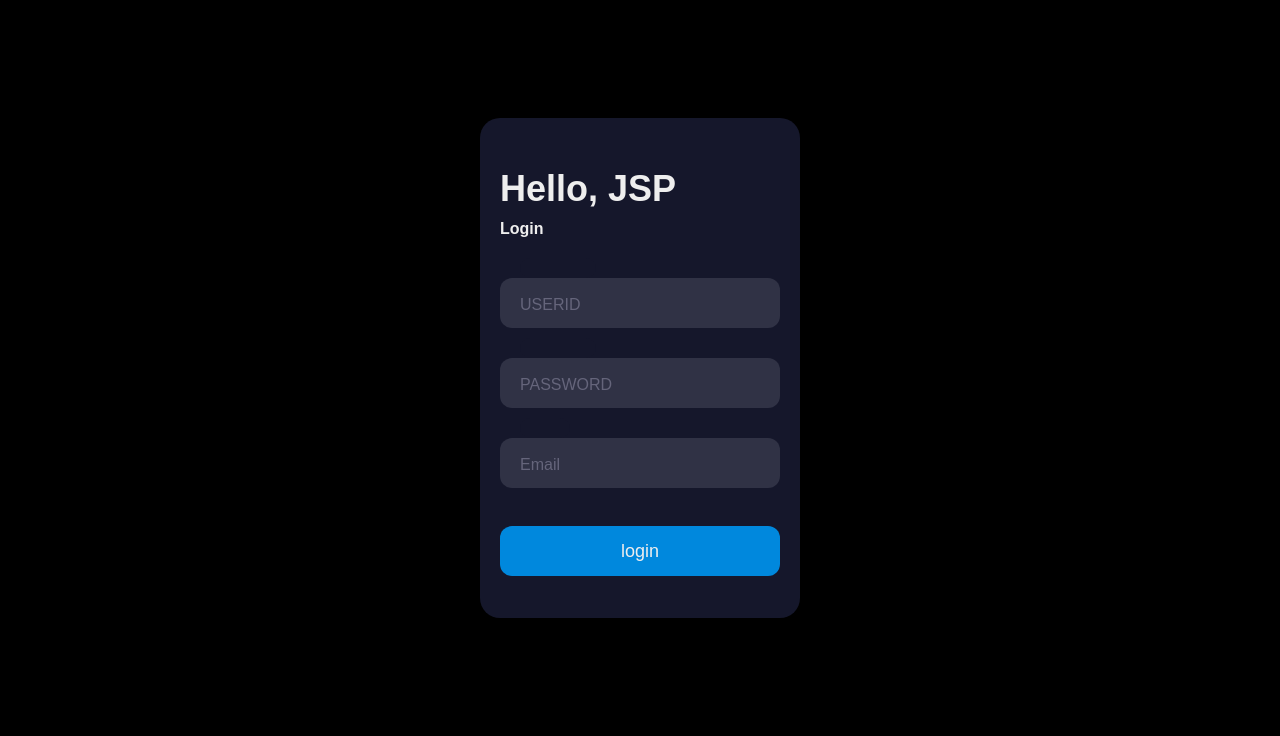
Repository: uhhuhhmm/JSP-Servlet-Class
Page: http://localhost/web03/form304.jsp
The author's editor kept a copy of each file at every save. The page is drawn from the files as they stood at one save, then again after the next save.
The browser window is 1280 px wide. The pictures show the whole page.
The page is served by Tomcat 9. Other server files are loaded and not shown.

Above is the page before, as saved 2022-07-15 02:05:18.

### web03/WebContent/form304.jsp
<%@ page language="java" contentType="text/html; charset=UTF-8"
    pageEncoding="UTF-8"%>
    <%
	request.setCharacterEncoding("UTF-8");
%>
<jsp:useBean id="member" class="com.j.javabeans.MemberBean"></jsp:useBean>
<jsp:setProperty property="*" name="member"/>
<!DOCTYPE html>
<html>
<head>
<meta charset="UTF-8">
<title>Login</title>
<style type="text/css">
body {
  align-items: center;
  background-color: #000;
  display: flex;
  justify-content: center;
  height: 100vh;
}

.form {
  background-color: #15172b;
  border-radius: 20px;
  box-sizing: border-box;
  height: 500px;
  padding: 20px;
  width: 320px;
}

.title {
  color: #eee;
  font-family: sans-serif;
  font-size: 36px;
  font-weight: 600;
  margin-top: 30px;
}

.subtitle {
  color: #eee;
  font-family: sans-serif;
  font-size: 16px;
  font-weight: 600;
  margin-top: 10px;
}

.input-container {
  height: 50px;
  position: relative;
  width: 100%;
}

.ic1 {
  margin-top: 40px;
}

.ic2 {
  margin-top: 30px;
}

.input {
  background-color: #303245;
  border-radius: 12px;
  border: 0;
  box-sizing: border-box;
  color: #eee;
  font-size: 18px;
  height: 100%;
  outline: 0;
  padding: 4px 20px 0;
  width: 100%;
}

.cut {
  background-color: #15172b;
  border-radius: 10px;
  height: 20px;
  left: 20px;
  position: absolute;
  top: -20px;
  transform: translateY(0);
  transition: transform 200ms;
  width: 76px;
}

.cut-short {
  width: 50px;
}

.input:focus ~ .cut,
.input:not(:placeholder-shown) ~ .cut {
  transform: translateY(8px);
}

.placeholder {
  color: #65657b;
  font-family: sans-serif;
  left: 20px;
  line-height: 14px;
  pointer-events: none;
  position: absolute;
  transform-origin: 0 50%;
  transition: transform 200ms, color 200ms;
  top: 20px;
}

.input:focus ~ .placeholder,
.input:not(:placeholder-shown) ~ .placeholder {
  transform: translateY(-30px) translateX(6px) scale(0.75);
}

.input:not(:placeholder-shown) ~ .placeholder {
  color: #808097;
}

.input:focus ~ .placeholder {
  color: #dc2f55;
}

.submit {
  background-color: #08d;
  border-radius: 12px;
  border: 0;
  box-sizing: border-box;
  color: #eee;
  cursor: pointer;
  font-size: 18px;
  height: 50px;
  margin-top: 38px;
  // outline: 0;
  text-align: center;
  width: 100%;
}

.submit:active {
  background-color: #06b;
}
</style>
</head>
<body>
<form method="post" action="addMember298.jsp">
<div class="form">
      <div class="title">Hello, JSP</div>
      <div class="subtitle">Login</div>
      <div class="input-container ic1">
        <input id="userid" name="id" class="input" type="text" placeholder=" " />
        <div class="cut"></div>
        <label for="userid" class="placeholder">USERID</label>
      </div>
      <div class="input-container ic2">
        <input id="userpwd" name="pwd" class="input" type="text" placeholder=" " />
        <div class="cut"></div>
        <label for="userpwd" class="placeholder">PASSWORD</label>
      </div>
      <div class="input-container ic2">
        <input id="email" class="input" type="text" placeholder=" " />
        <div class="cut cut-short"></div>
        <label for="email" class="placeholder">Email</>
      </div>
      <button type="submit" class="submit" value="로그인">login</button>
    </div>
</form>

<!-- 	<form method="post" action="testLogin261.jsp"> -->

<!-- 		<label for="userid"> 아이디 : </label> -->
<!-- 		<input type="text" name="id" id="userid"><br> -->

<!-- 		<label for="userpwd"> 암 &nbsp; 호 : </label> -->
<!-- 		<input type="password" name="pwd" id="userpwd"><br> -->

<!-- 		<input type="submit" value="로그인"> -->

<!-- 	</form> -->
</body>
</html>

### web03/src/com/j/javabeans/MemberBean.java
package com.j.javabeans;

import lombok.Getter;
import lombok.Setter;

@Getter
@Setter
public class MemberBean {
	private String name;
	private String userid;
	private String nickname;
	private String pwd;
	private String email;
	private String phone;


}

After the next save:
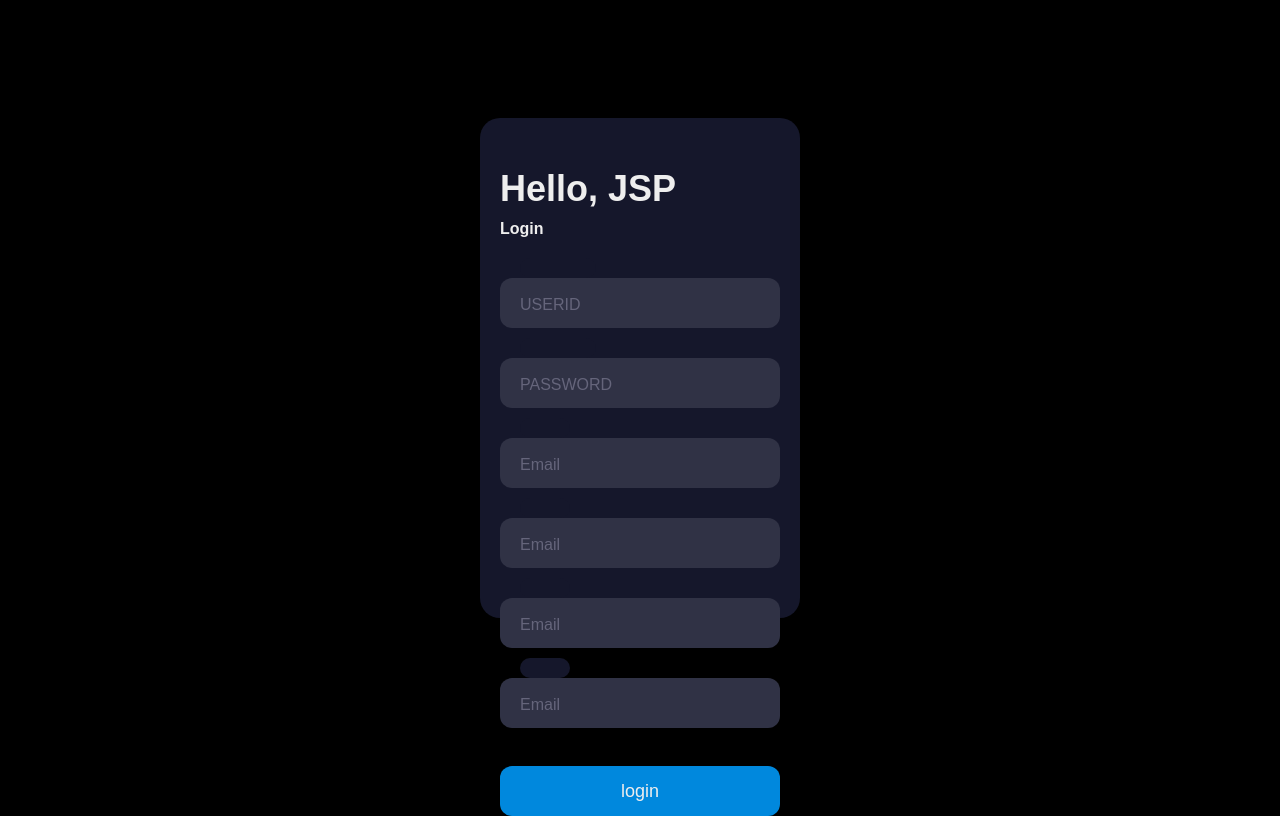
Saved 58 s later.
--- a/web03/WebContent/form304.jsp
+++ b/web03/WebContent/form304.jsp
@@ -157,6 +157,21 @@ body {
         <div class="cut cut-short"></div>
         <label for="email" class="placeholder">Email</>
       </div>
+      <div class="input-container ic2">
+        <input id="email" class="input" type="text" placeholder=" " />
+        <div class="cut cut-short"></div>
+        <label for="email" class="placeholder">Email</>
+      </div>
+      <div class="input-container ic2">
+        <input id="email" class="input" type="text" placeholder=" " />
+        <div class="cut cut-short"></div>
+        <label for="email" class="placeholder">Email</>
+      </div>
+      <div class="input-container ic2">
+        <input id="email" class="input" type="text" placeholder=" " />
+        <div class="cut cut-short"></div>
+        <label for="email" class="placeholder">Email</>
+      </div>
       <button type="submit" class="submit" value="로그인">login</button>
     </div>
 </form>
